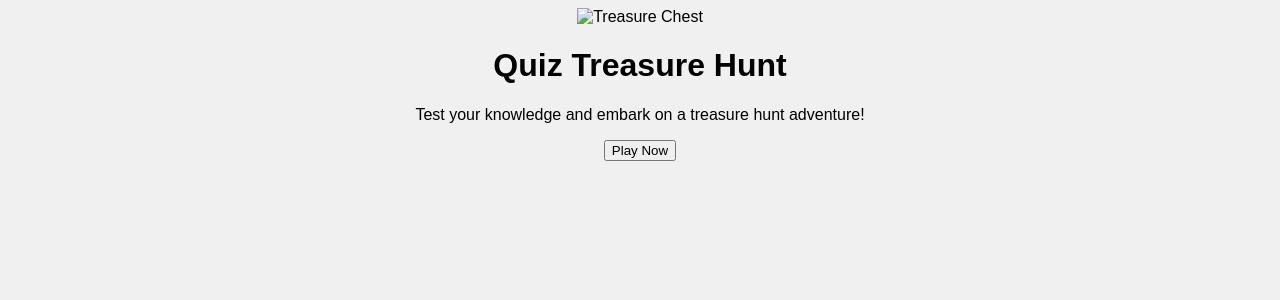
Repository: vri-nda/quiz_game
Page: index.html
An editor plug-in stored every save of this project. The page is shown before and after the next save, followed by the edit.
The browser window is 1280 px wide. The pictures show the whole page.

Above is the page before, as saved 2023-12-20 14:55:44.
Not found: treasure.png

After the next save:
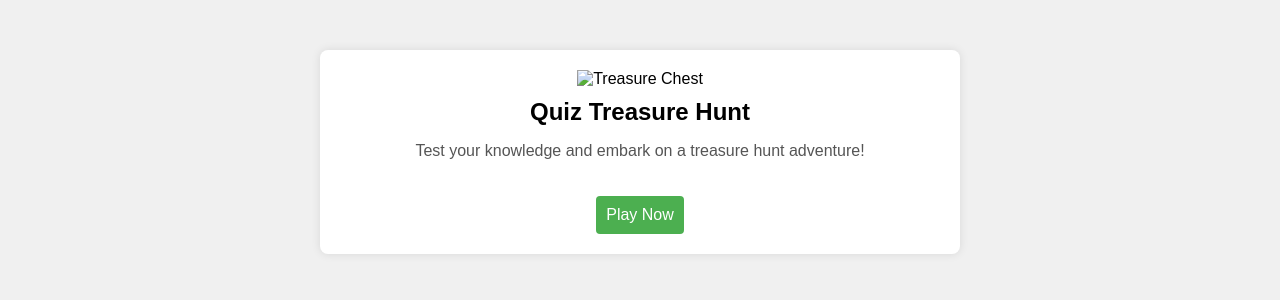
Saved 58 s later.
--- a/style.css
+++ b/style.css
@@ -2,7 +2,47 @@
     font-family: 'Arial', sans-serif;
     text-align: center;
     background-color: #f0f0f0;
+    margin: 0;
 }
+
+#home-container {
+    max-width: 600px;
+    margin: 50px auto;
+    background-color: #fff;
+    padding: 20px;
+    border-radius: 8px;
+    box-shadow: 0 0 10px rgba(0, 0, 0, 0.1);
+}
+
+#treasure-image {
+    width: 150px;
+    height: 150px;
+}
+
+#quiz-name {
+    font-size: 24px;
+    margin-top: 10px;
+}
+
+#tagline {
+    color: #555;
+}
+
+#play-now-button {
+    margin-top: 20px;
+    padding: 10px;
+    font-size: 16px;
+    cursor: pointer;
+    background-color: #4caf50;
+    color: #fff;
+    border: none;
+    border-radius: 4px;
+}
+
+#play-now-button:hover {
+    background-color: #45a049;
+}
+
 
 #quiz-container {
     max-width: 600px;
